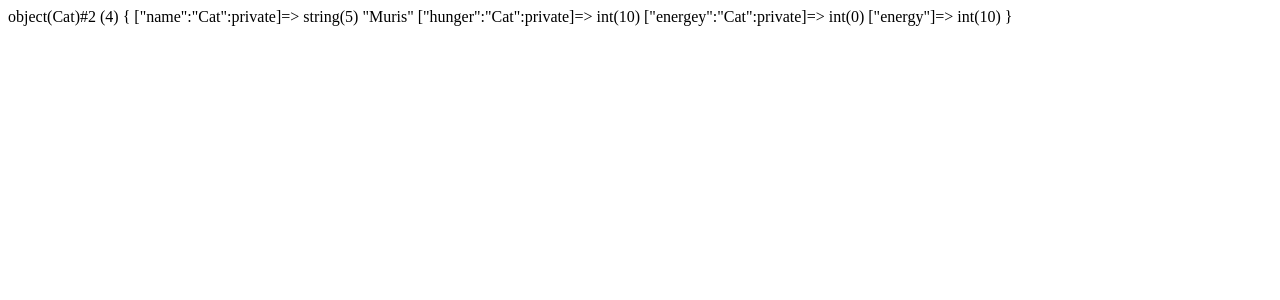
Repository: janismozgis-rcs/gurpa_5_test
Page: http://localhost/
These files come from the project's save history. The page is drawn as it stood at one moment and after the next save; the edit follows.
The browser window is 1280 px wide. The pictures show the whole page.
The page is run by PHP 8.4 with error messages shown; the project is at /var/www/html/.

Above is the page before, as saved 2018-06-18 19:59:59.

After the next save:
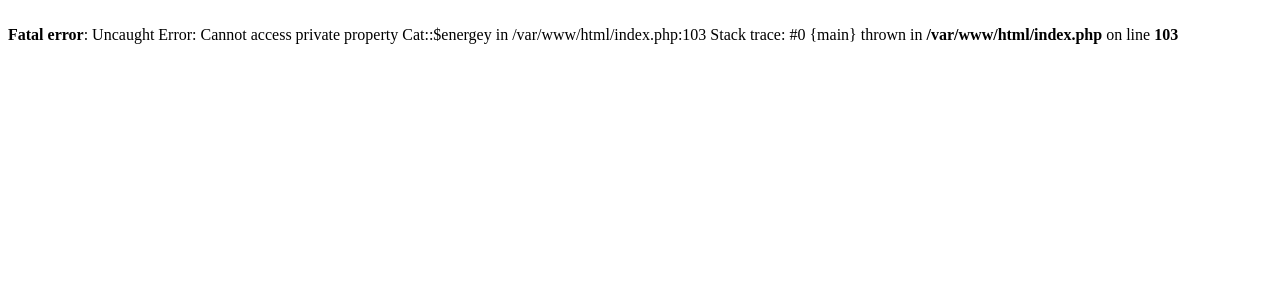
Saved 11 s later.
--- a/index.php
+++ b/index.php
@@ -100,5 +100,5 @@
 
 $cat1 = new Cat('Muris');
 $cat2 = new Cat('Juris');
-$cat1->energy = 10;
+$cat1->energey = 10;
 var_dump($cat1);

After the save that followed:
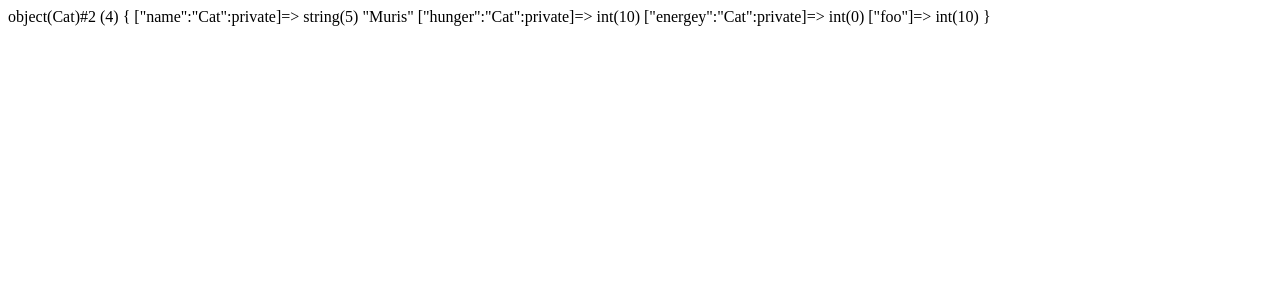
Saved 7 s later.
--- a/index.php
+++ b/index.php
@@ -100,5 +100,5 @@
 
 $cat1 = new Cat('Muris');
 $cat2 = new Cat('Juris');
-$cat1->energey = 10;
+$cat1->foo = 10;
 var_dump($cat1);
